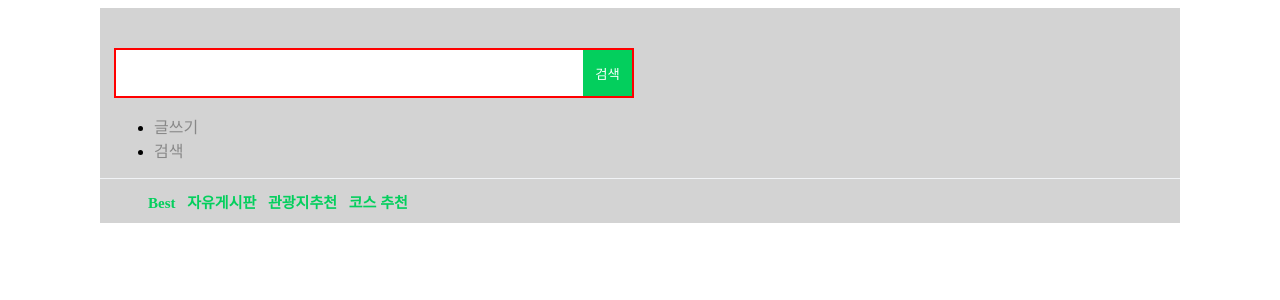
Repository: HJCroCat/project4
Page: http://localhost/koravle/boardMain.jsp
The author's editor kept a copy of each file at every save. The page is drawn from the files as they stood at one save, then again after the next save.
The browser window is 1280 px wide. The pictures show the whole page.
The page is served by Tomcat 9. Nobody is signed in. The application's start-up code is not run.

Above is the page before, as saved 2021-12-10 10:21:47.

After the next save:
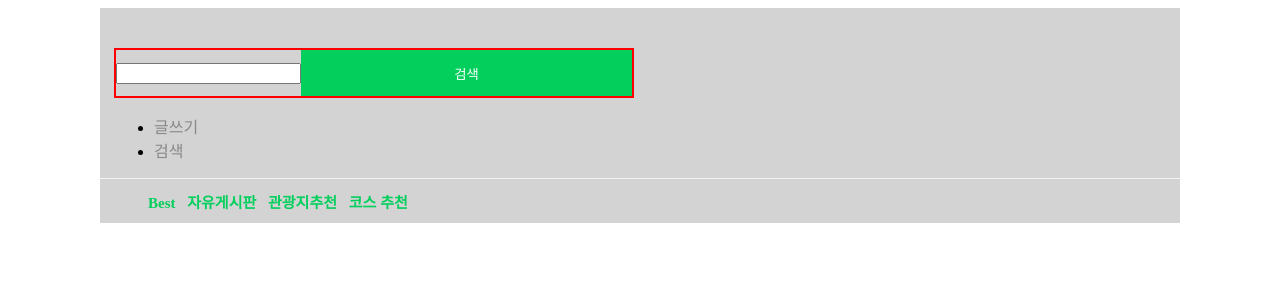
Saved 10 s later.
--- a/koravle/koravle/src/main/webapp/resources/style/stylecss.css
+++ b/koravle/koravle/src/main/webapp/resources/style/stylecss.css
@@ -44,15 +44,7 @@
 }
 
 
-  .search_box input {
-    flex: 9; /* search-box내부에서 9만큼의 크기를 차지(비율) */
-    height: 46px;
-    padding-left: 12px;
-    padding-right: 12px;
-    border: none;
-    outline: none;
-    font-size: 18px;
-  }
+
   .search_box button {
     flex: 1; /* search-box내부에서 1만큼의 크기를 차지(비율) */
     height: 46px;

After the save that followed:
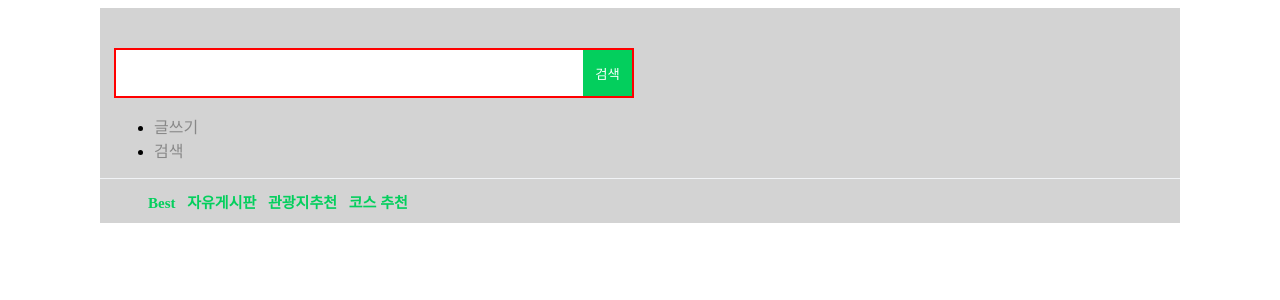
Saved 4 s later.
--- a/koravle/koravle/src/main/webapp/resources/style/stylecss.css
+++ b/koravle/koravle/src/main/webapp/resources/style/stylecss.css
@@ -44,7 +44,15 @@
 }
 
 
-
+  .search_box input {
+    flex: 9; /* search-box내부에서 9만큼의 크기를 차지(비율) */
+    height: 46px;
+    padding-left: 12px;
+    padding-right: 12px;
+    border: none;
+    outline: none;
+    font-size: 18px;
+  }
   .search_box button {
     flex: 1; /* search-box내부에서 1만큼의 크기를 차지(비율) */
     height: 46px;
